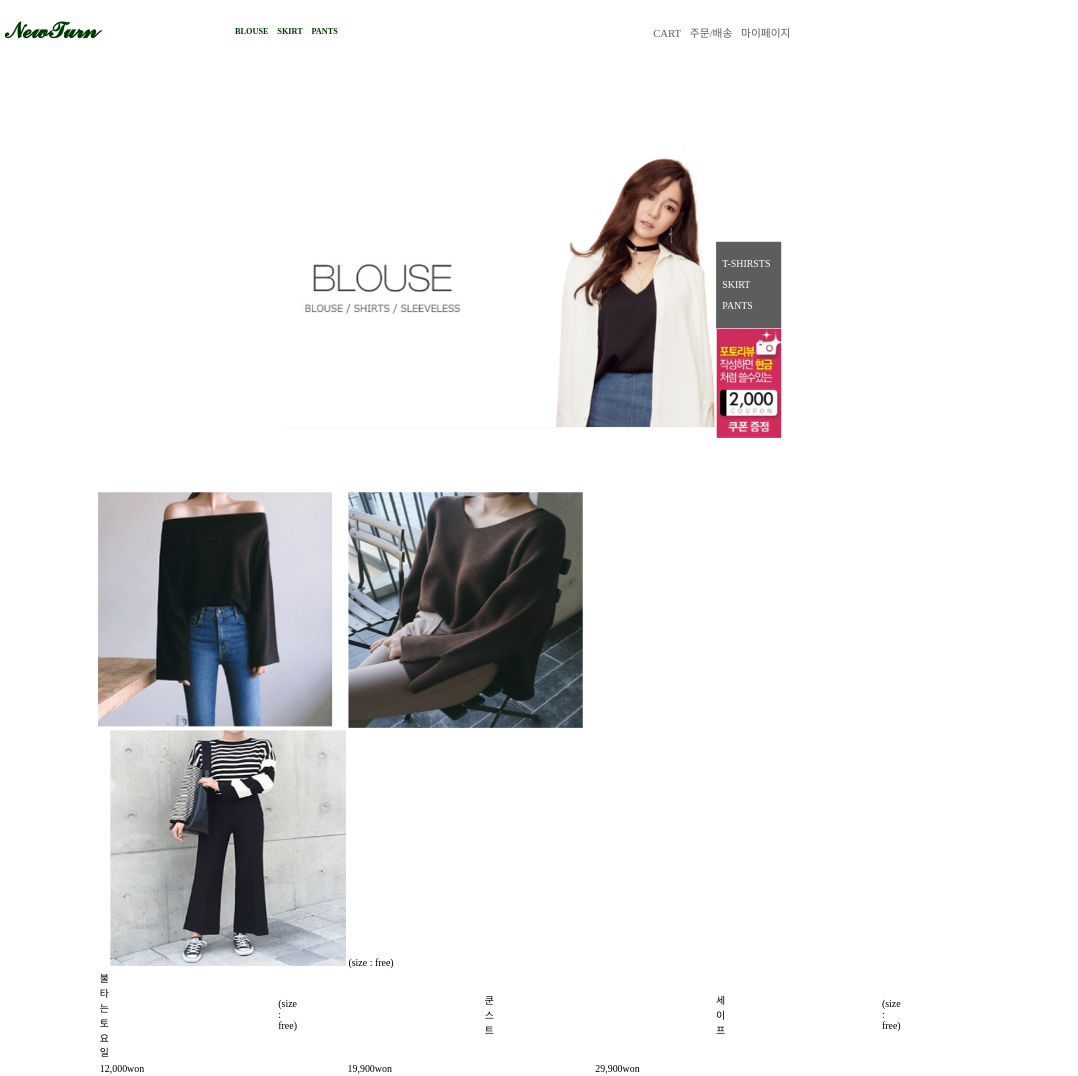
Repository: won0108/Port-Folio
Page: Creating_Homepage/Shopping/WebContent/top.html
These files come from the project's save history. The page is drawn as it stood at one moment and after the next save; the edit follows.
The browser window is 1280 px wide. The page is 1456 px wide, then 1739 px, so the pictures cover 1739 px, including what lies to the right of the window. The pictures show the whole page, at 62% of full size.

Above is the page before, as saved 2020-12-03 08:00:21.

### Creating_Homepage/Shopping/WebContent/top.html
<!DOCTYPE html>
<html>
<head>  <!--웹페이지에 대한 정보를 제공한다.-->
 <title> New Turn </title>  <!--탭에 New Turn을 나타낸다.-->
<style>

 	@font-face{
 	font-family:"My Font";
 	src: url("fontstyle/ENCOSCPT.TTF");
	}
 	h1{
   	color:#003900;
   	position:fixed;
   	top: 0px;
   	left:10px;
   	font-family:"My Font", serif;
   	font-size: 30pt;
   	}
	#infor{
	position:fixed;
	top:40px; right:0px;
	}
	#infor a{
	text-decoration:none;
	color:#5D5D5D;
	font-size:13pt;
	display: inline;
	padding :5px;
	}
	#infor a:hover{
	tex-decoration:underline;
	color: black;
	text-weight:bold;
	}
	#categ{
	position:fixed;
	top:25px; right:730px;
	}
	#categ ul li{
	display: inline;
	}
	#categ ul li a{
	text-decoration:none;
	color:#003900;
	font-size:10pt;
	font-weight:bold;
	text-transform:uppercase;
	padding :5px;
	}
	#categ ul li a:hover{
	tex-decoration:underline; color: black;
	}
	#main{
   	position:relative;
   	top: 300px; margin-left:150px;
   }
</style>
</head>
<body>
	<h1> NewTurn </h1>
	<div id="infor">
		<a href="">CART</a>
		<a href="">주문/배송</a>
		<a href="마이페이지.html">마이페이지</a>
	</div>
	<div id="categ">
		<ul>
			<li><a href="top.html">BLOUSE</a></li>
			<li><a href="skirt.html">SKIRT</a></li>
			<li><a href="pants.html">PANTS</a></li>
		</ul>
	</div>
	<img style="position:relative; top: 200px; left:450px;" src="images/티파니.PNG"><br>
	<div id="main">
			<img src="images/티셔츠1.PNG" width="380" height="380">
			<img src="images/티셔츠2.PNG" width="380" height="380" style="padding-left:20px;">
			<img src="images/티셔츠3.PNG" width="380" height="380" style="padding-left:20px;">
			<table>
				<tr>
					<td>불타는 토요일</td>
					<td style="padding-left:270px;">(size : free)</td>
					<td style="padding-left: 300px;">쿤스트</td>
					<tdstyle="padding-left:250px;">(size : free)</td>
					<td style="padding-left: 355px;">세이프</td>
					<td style="padding-left:250px;">(size : free)</td>


			    </tr>
			</table>

		<table>
			<tr>
		    	<td>12,000won</td>
		    	<td style="padding-left: 325px;">19,900won</td>
		    	<td style="padding-left: 325px;">29,900won</td>
		    </tr>
		</table>
		</div>

<div style="background-color:#5D5D5D;
width:85px; height:120px; right:20px; bottom:190px;
color:white; display:block; position:fixed; padding:10px;">
<p>T-SHIRSTS</p>
<p>SKIRT</p>
<p>PANTS</p>
</div>
<div style=" display:block; position:fixed; right:20px; bottom:10px;">
<img src="쿠폰.png"></div>

</body>
</html>

After the next save:
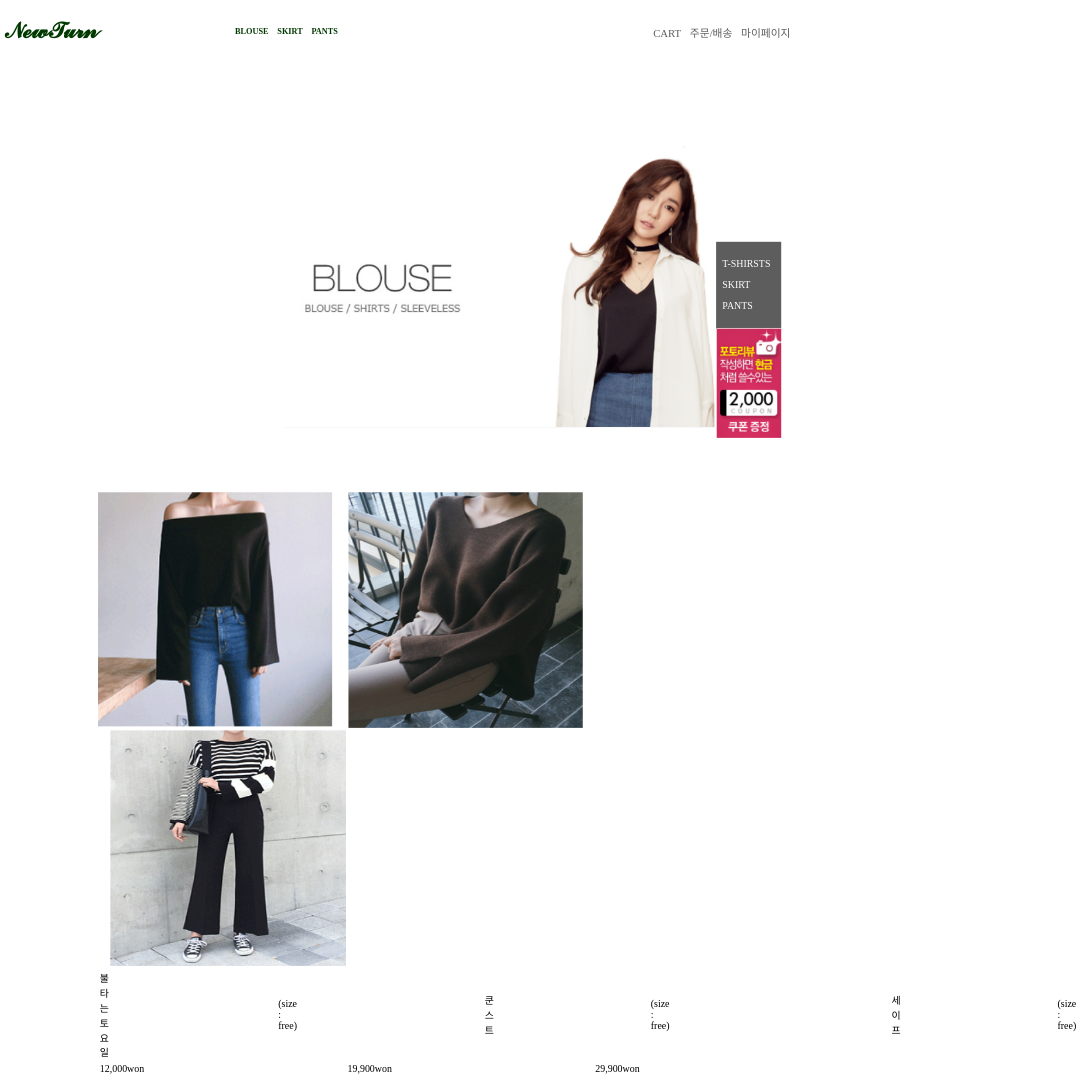
Saved 4 s later.
--- a/Creating_Homepage/Shopping/WebContent/top.html
+++ b/Creating_Homepage/Shopping/WebContent/top.html
@@ -80,7 +80,7 @@
 					<td>불타는 토요일</td>
 					<td style="padding-left:270px;">(size : free)</td>
 					<td style="padding-left: 300px;">쿤스트</td>
-					<tdstyle="padding-left:250px;">(size : free)</td>
+					<td style="padding-left:250px;">(size : free)</td>
 					<td style="padding-left: 355px;">세이프</td>
 					<td style="padding-left:250px;">(size : free)</td>
 
